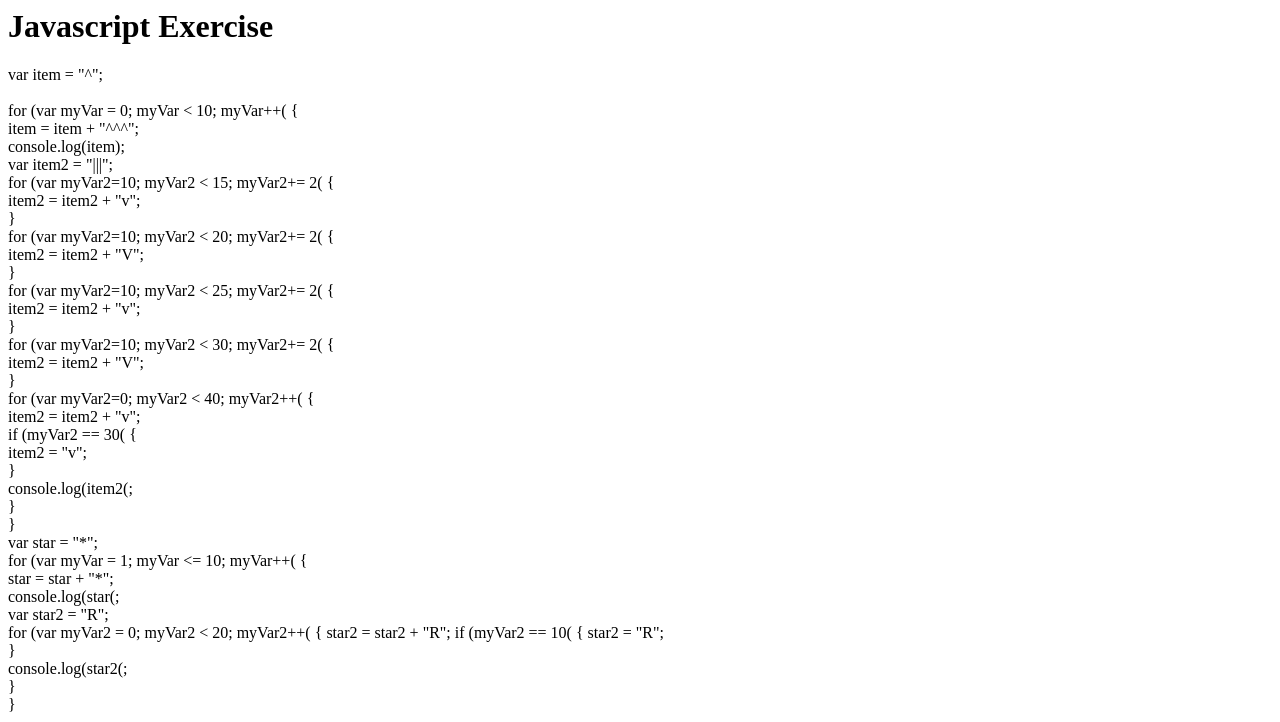
Repository: cbickhar/cbickhar.github.io
Page: project_3_js/index.html
The author's editor kept a record of every edit. The page is drawn from the files as they stood at one moment, then again after the next edit.
The browser window is 1280 px wide. The pictures show the whole page.

Above is the page before.

### project_3_js/index.html
<html>
<script type="text/javascript" src="project_3_js/myscript.js"></script>
    <head>
        <title>Javascript Pattern</title>
    </head>
    <body>

<h1>Javascript Exercise</h1>

var item &equals; "^";
<br><br>
for &lpar;var myVar &equals; 0; myVar &lt; 10; myVar++&lpar; {
  <br>
  item &equals; item + "^^^";
  <br>console.log(item);
  <br>var item2 &equals; "|||";
  <br>
    for &lpar;var myVar2&equals;10; myVar2 &lt; 15; myVar2+&equals; 2&lpar; {
    <br>            item2 &equals; item2 + "v";
    <br>}
    <br>
    for &lpar;var myVar2&equals;10; myVar2 &lt; 20; myVar2+&equals; 2&lpar; {
    <br>            item2 &equals; item2 + "V";
    <br>}
    <br>
    for &lpar;var myVar2=10; myVar2 &lt; 25; myVar2+&equals; 2&lpar; {
    <br>            item2 &equals; item2 + "v";
    <br>}
    <br>
    for &lpar;var myVar2&equals;10; myVar2 &lt; 30; myVar2+&equals; 2&lpar; {
    <br>            item2 &equals; item2 + "V";
    <br>}
  <br>
    for &lpar;var myVar2&equals;0; myVar2 &lt; 40; myVar2++&lpar; {
    <br>            item2 &equals; item2 + "v";
    <br>if &lpar;myVar2 &equals;&equals; 30&lpar; {
     <br> item2 &equals; "v";

    <br>}


    <br>console.log&lpar;item2&lpar;;
  <br>}
<br>}

   <br>

var star &equals; "*";
<br>
for &lpar;var myVar &equals; 1; myVar &lt;= 10; myVar++&lpar; {
  <br>star &equals; star + "*";
  <br>console.log&lpar;star&lpar;;
  <br>var star2 &equals; "R";

  <br>

  for &lpar;var myVar2 &equals; 0; myVar2 &lt; 20; myVar2++&lpar; {
    star2 &equals; star2 + "R";
    if &lpar;myVar2 &equals;&equals; 10&lpar; {
      star2 &equals; "R";
    <br>}
    <br>console.log&lpar;star2&lpar;;
  <br>}
<br>}
    </body>
</html>

### project_3_js/myscript.js
var item = "^";

for (var myVar = 0; myVar < 10; myVar++) {
  item = item + "^^^";
  console.log(item);
  var item2 = "|||";

    for (var myVar2=10; myVar2 < 15; myVar2+= 2) {
                item2 = item2 + "v";
    }

    for (var myVar2=10; myVar2 < 20; myVar2+= 2) {
                item2 = item2 + "V";
    }

    for (var myVar2=10; myVar2 < 25; myVar2+= 2) {
                item2 = item2 + "v";
    }

    for (var myVar2=10; myVar2 < 30; myVar2+= 2) {
                item2 = item2 + "V";
    }

    for (var myVar2=0; myVar2 < 40; myVar2++) {
                item2 = item2 + "v";
    if (myVar2 == 30) {
      item2 = "v";

    }


    console.log(item2);
  }
}






var star = "*";

for (var myVar = 1; myVar <= 10; myVar++) {
  star = star + "*";
  console.log(star);
  var star2 = "R";

  for (var myVar2 = 0; myVar2 < 20; myVar2++) {
    star2 = star2 + "R";
    if (myVar2 == 10) {
      star2 = "R";
    }
    console.log(star2);
  }
}

After the next edit:
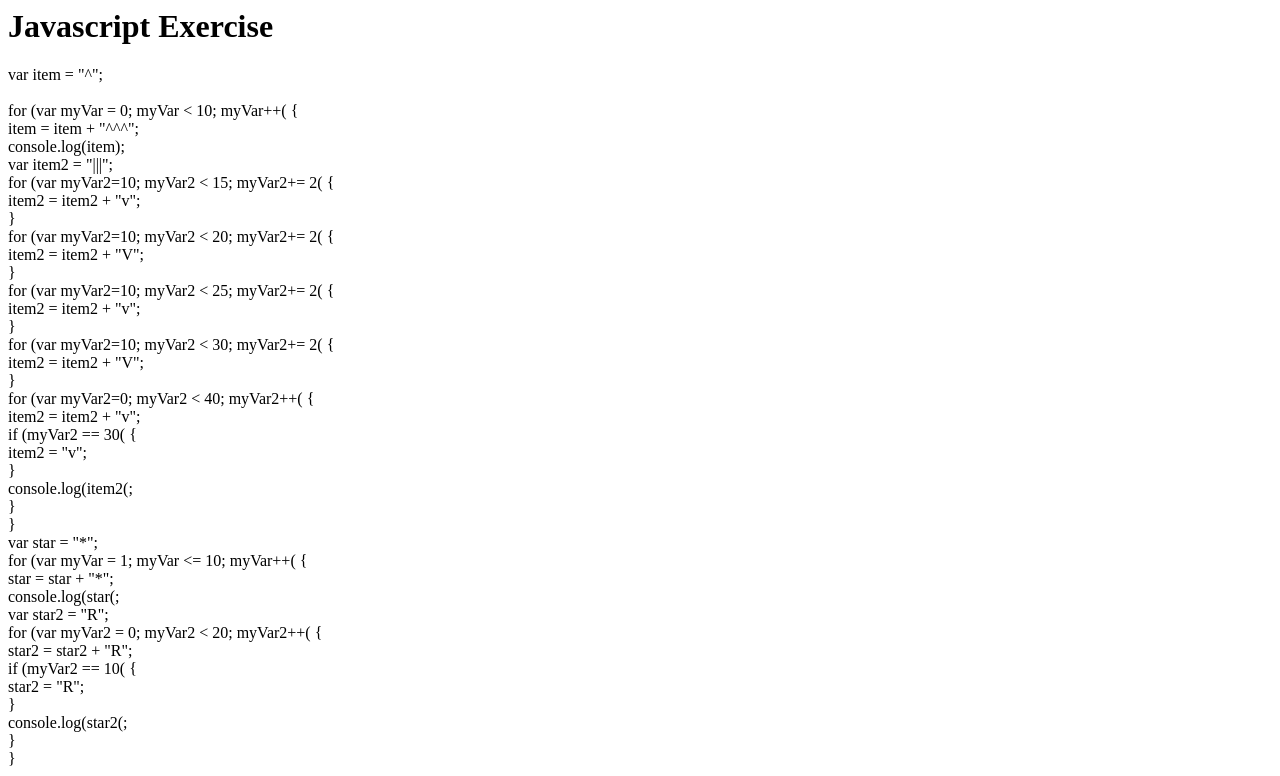
The edit:
--- a/project_3_js/index.html
+++ b/project_3_js/index.html
@@ -55,9 +55,9 @@
   <br>
 
   for &lpar;var myVar2 &equals; 0; myVar2 &lt; 20; myVar2++&lpar; {
-    star2 &equals; star2 + "R";
-    if &lpar;myVar2 &equals;&equals; 10&lpar; {
-      star2 &equals; "R";
+    <br>star2 &equals; star2 + "R";
+    <br>if &lpar;myVar2 &equals;&equals; 10&lpar; {
+      <br>star2 &equals; "R";
     <br>}
     <br>console.log&lpar;star2&lpar;;
   <br>}
